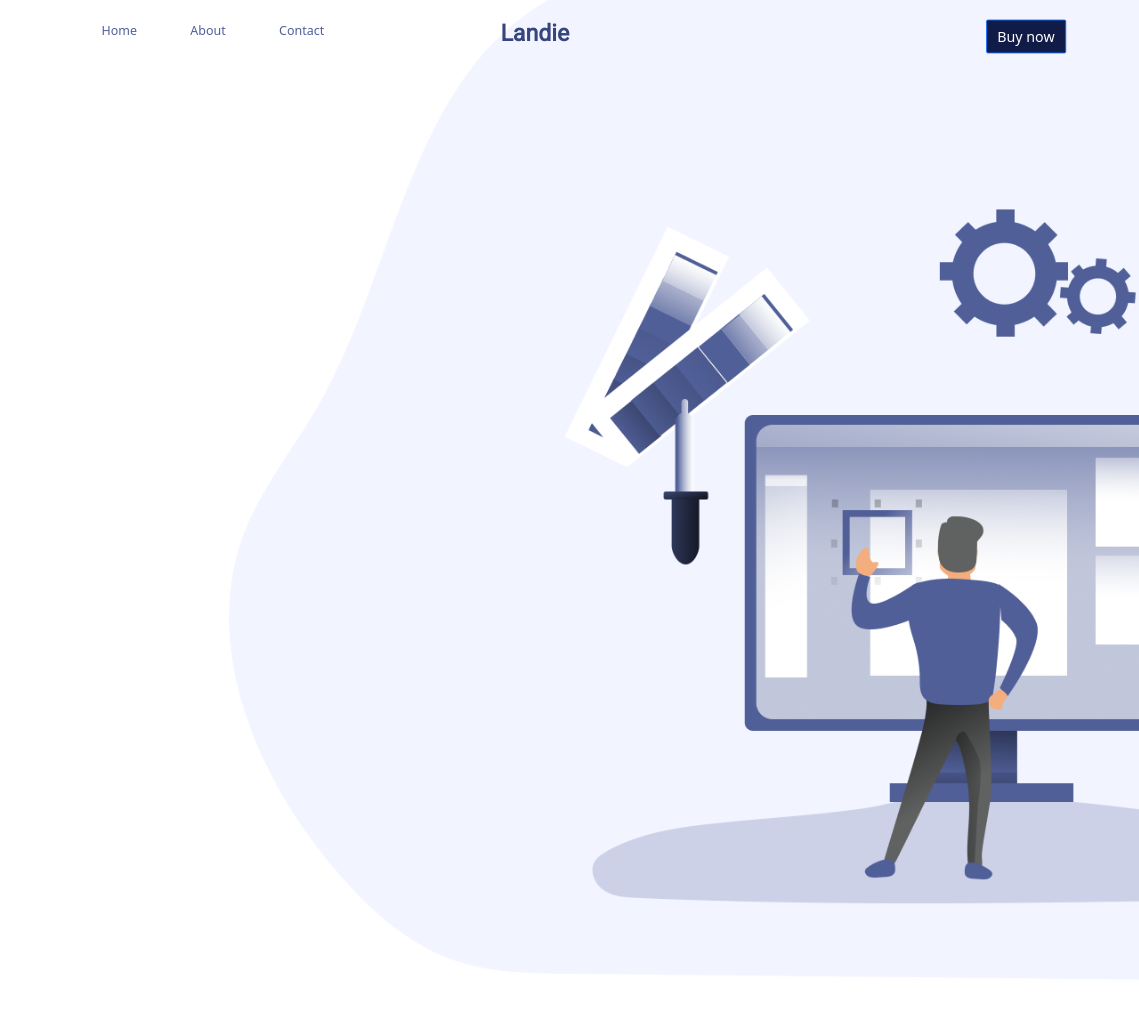
Repository: batonAnton/HW-Lec12-sass-pug
Page: index.html
These files come from the project's save history. The page is drawn as it stood at one moment and after the next save; the edit follows.
The browser window is 1280 px wide. The pictures show the whole page, at 89% of full size.
The style sheet was rebuilt from its Sass, Less or Tailwind sources for each picture, by a compiler version that may differ from the author's.

Above is the page before, as saved 2022-07-29 15:40:46.

After the next save:
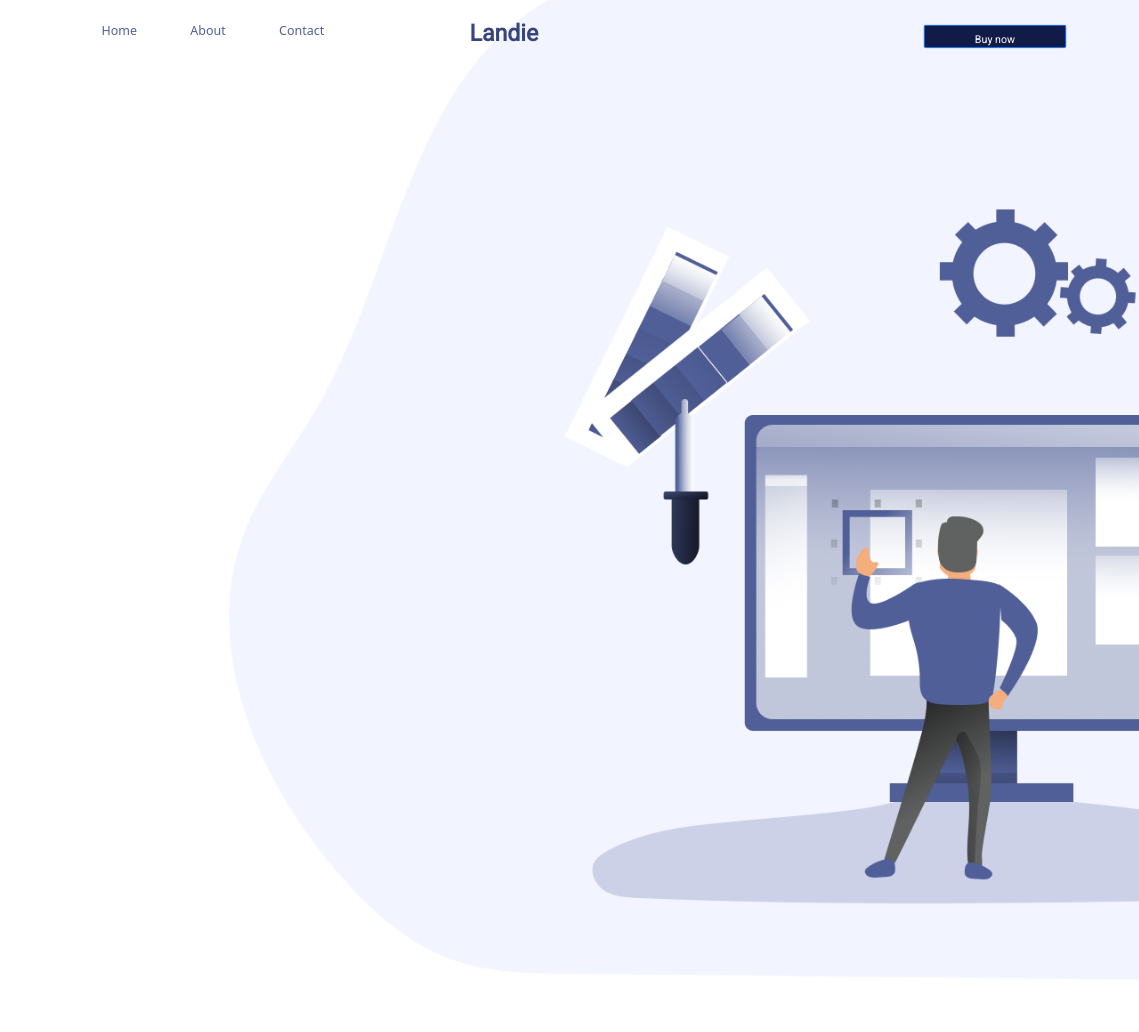
Saved 10 s later.
--- a/css/style.scss
+++ b/css/style.scss
@@ -1,10 +1,14 @@
 $primary-color: #091133;
-$primaryFontStyle:Roboto;
+$primaryFontStyle: Roboto;
 
-@mixin generalStyleMenu($sizeMenu:14px, $lineHeight:24px, $font-color:#505F98){
-    font-size: $sizeMenu;
-    line-height: $lineHeight;
-    color: $font-color;
+@mixin generalStyleMenu(
+  $sizeMenu: 14px,
+  $lineHeight: 24px,
+  $font-color: #505f98
+) {
+  font-size: $sizeMenu;
+  line-height: $lineHeight;
+  color: $font-color;
 }
 
 body {
@@ -29,32 +33,37 @@ header {
       li {
         margin-right: 60px;
         list-style: none;
-        a{
-            text-decoration: none;
-            text-transform: capitalize;
-            @include generalStyleMenu;
+        a {
+          text-decoration: none;
+          text-transform: capitalize;
+          @include generalStyleMenu;
         }
-        }
-
+      }
     }
     .logo {
-        display: flex;
-        justify-content: center;
-        margin-left: -330px;
-        h1{
-            font-family: $primaryFontStyle;
-            font-style: normal;
-            font-weight: 900;
-            font-size: 26px;
-            line-height: 38px;
-            color: #37447E;
-
-        }
+      display: flex;
+      justify-content: center;
+      margin-left: -330px;
+      h1 {
+        font-family: $primaryFontStyle;
+        font-style: normal;
+        font-weight: 900;
+        font-size: 26px;
+        line-height: 38px;
+        color: #37447e;
       }
-  }
-
-  .btn-menu{
-    background: #111B47;
-    border-radius: 2px;
+    }
+     .btn-primary{
+      background: #111b47;
+      border-radius: 2px;
+      width: 160px;
+      height: 26px;
+      font-family: 'Roboto';
+        font-style: normal;
+        font-weight: 500;
+        font-size: 12px;
+        line-height: 18px;
+        color: #FFFFFF;
+    }
   }
 }
